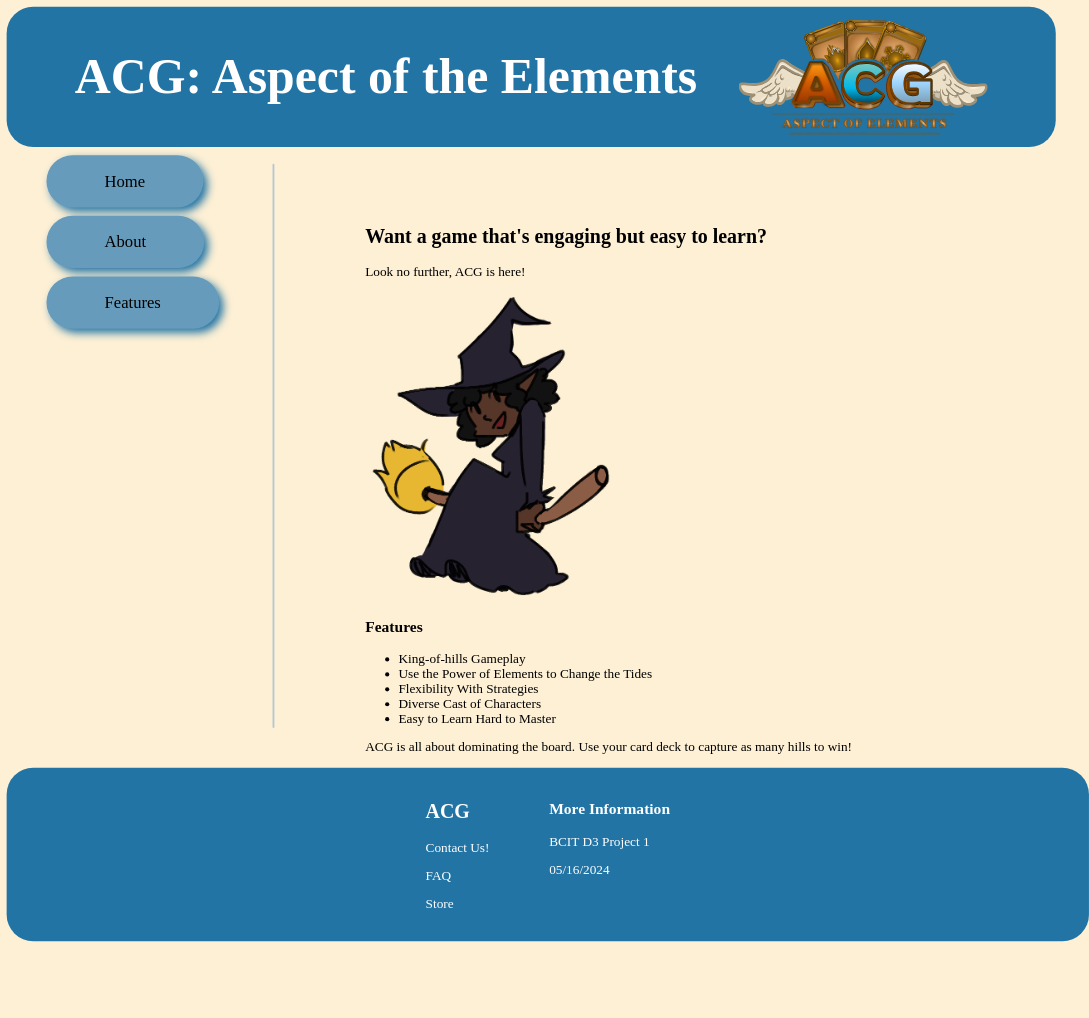
Repository: Delukalgh/ACG
Page: features.html
These files come from the project's save history. The page is drawn as it stood at one moment and after the next save; the edit follows.
The browser window is 1280 px wide. The page is 1312 px wide, so the pictures cover 1312 px, including what lies to the right of the window. The pictures show the whole page, at 83% of full size.

Above is the page before, as saved 2024-05-16 09:32:54.

### features.html
<!DOCTYPE html>
<html lang="en">

<head>
  <meta charset="UTF-8">
  <meta name="viewport" content="width=device-width, initial-scale=1.0">
  <meta http-equiv="X-UA-Compatible" content="ie=edge">
  <title>ACG Home Page</title>
  <link rel="stylesheet" href="features-style.css">
</head>

<body>
  <script src="index.js"></script>
  <div class="main-container">
    <div class="header-container">
      <h1 class="acg-header">ACG: Aspect of the Elements</h1>
      <img class="acg-logo" src="images/ACG-Logo.svg" alt="acg logo" style="width: 300px;" />
    </div>
    <div class="vertical-line"></div>

    <!--Side Menu-->
    <div class="buttons-container">
      <div class="button">
        <a class="link" href="index.html">
          <button class="about-page">Home</button>
        </a>
      </div>
      <div class="button">
        <a class="link" href="about.html">
          <button class="about-page">About</button>
        </a>
      </div>
      <div class="button">
        <a class="link" href="features.html">
          <button class="about-page">Features</button>
        </a>
      </div>
    </div>

    <!--Content-->
    <div class="features-container">
      <div class="content">
        <h2>Want a game that's engaging but easy to learn?</h2>
        <p>Look no further, ACG is here!</p>
        <img src="images/IllustrationWitchGirl.png" width="300px"/>

        <h3>Features</h3>
        <ul>
          <li>King-of-hills Gameplay</li>
          <li>Use the Power of Elements to Change the Tides</li>
          <li>Flexibility With Strategies</li>
          <li>Diverse Cast of Characters</li>
          <li>Easy to Learn Hard to Master</li>
        </ul>

        <p>ACG is all about dominating the board. Use your card deck to capture as many hills to win!</p>
      </div>
    </div>

    <!--Footer-->
    <div class="footer-container">
      <div class="footer-group-1">
        <h2>ACG</h2>
        <p>Contact Us!</p>
        <p>FAQ</p>
        <p>Store</p>
      </div>

      <div class="footer-group-2">
        <h3>More Information</h3>
        <p>BCIT D3 Project 1</p>
        <p>05/16/2024</p>
      </div>
    </div>
  </div>
</body>

</html>

### features-style.css
body {
    background-color: #FDF0D5;
  }

  .main-container {
    position: relative;
    min-height: 100vh;
  }
  .header-container {
    display: flex;
    background-color: #2274A5;
    padding: 10px;
    justify-content: center;
    border-radius: 32px;
  }


  .acg-header {
    color: white;
    font-family: cursive;
    font-size: 60px;
  }

  .acg-logo {
    display: flex;
    margin-left: 50px;
  }

  .vertical-line {
    border-left: 3px solid #B3C5D7;
    height: 42.5em;
    position:absolute;
    margin-left: 20em;
    border-radius: 32px;
    margin-top: 20px;
  }
  .buttons-container {
    width: fit-content;
  }
  .button {
    display: flex;
    justify-content: center;
    margin-top: 10px;
    justify-content: left;
    margin-left: 3em;
  }

  .about-page {
    display: flex;
    background-color: #669BBC;
    padding: 20px 70px;
    border-radius: 32px;
    border: none;
    font-size: 20px;
    font-family: cursive;
    box-shadow: 5px 5px 10px #2274A5;
    cursor: pointer;
  }

  .link {
    text-decoration: none;
  }

  .footer-container {
    display: flex;
    background-color: #2274A5;
    padding: 20px;
    justify-content: center;
    border-radius: 32px;

    width: 100%;
    color: white;
    font-family: cursive;
  }

  .footer-group-1 {
  margin-right: 10vh;
  height: 100%;
  }

  .features-container {
    margin-left: 60vh;
    position:relative;
    margin-top: -20vh;
  }

  .content {
      font-family: cursive;
  }

Loaded but not shown: index.js (no stored copy; drawn as an empty file)

After the next save:
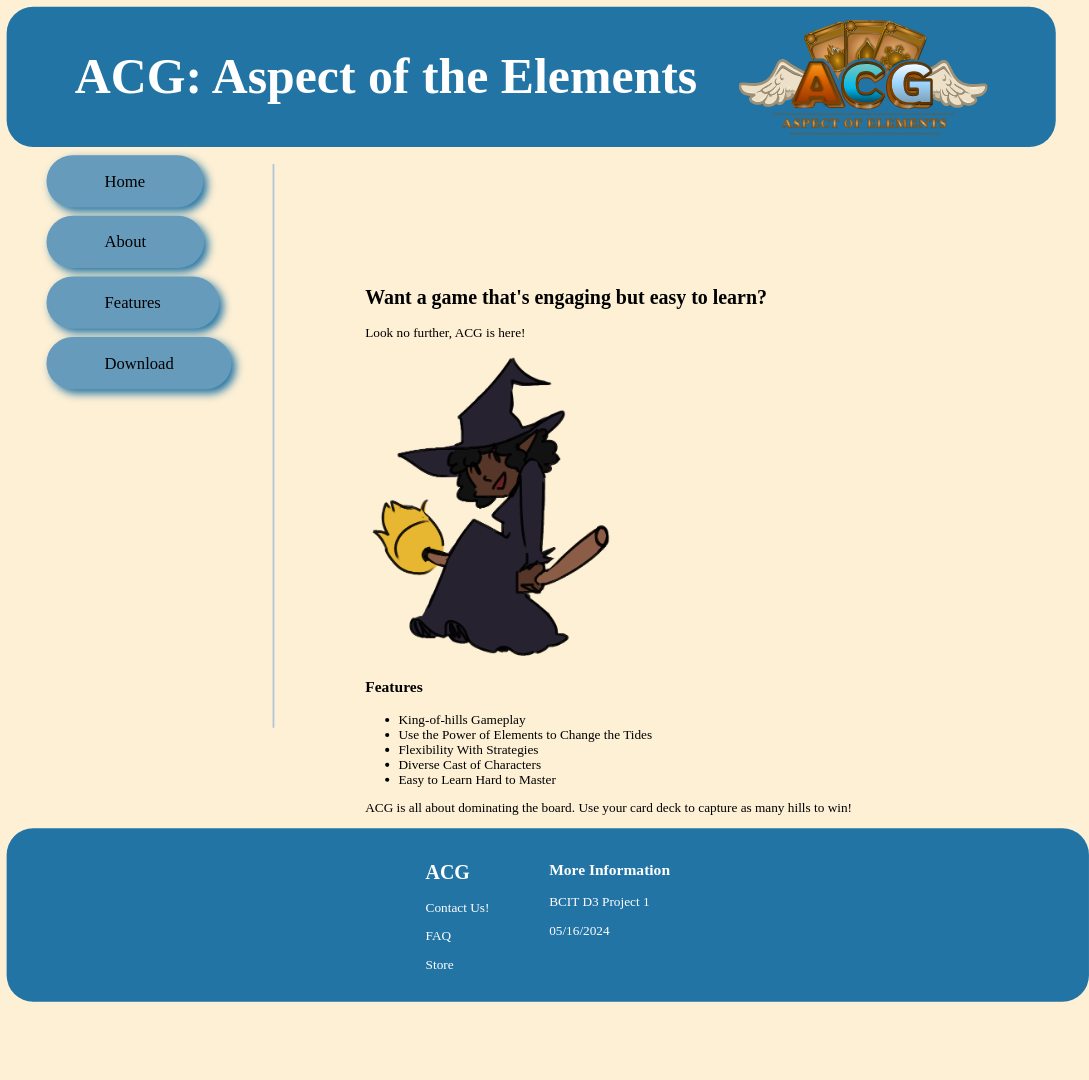
Saved 71 s later.
--- a/features.html
+++ b/features.html
@@ -33,6 +33,11 @@
       <div class="button">
         <a class="link" href="features.html">
           <button class="about-page">Features</button>
+        </a>
+      </div>
+      <div class="button">
+        <a class="link" href="download.html">
+          <button class="about-page">Download</button>
         </a>
       </div>
     </div>
